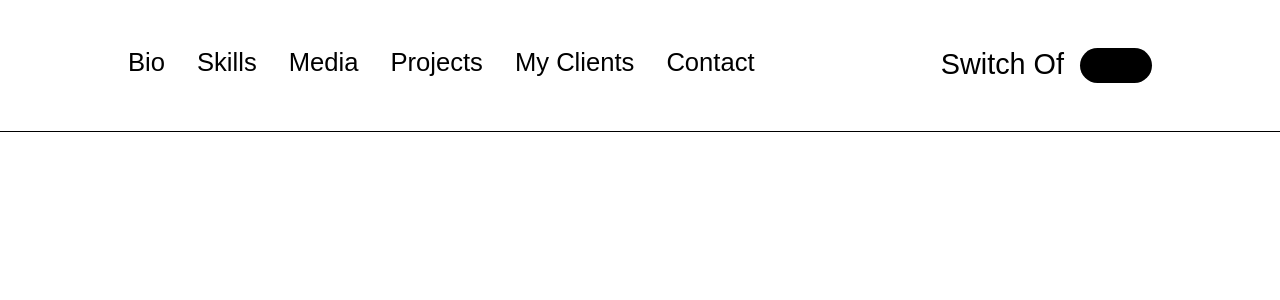
Repository: Eslam0Mohamed/portfolio
Page: index.html
These files come from the project's save history. The page is drawn as it stood at one moment and after a run of saves; the edit follows.
The browser window is 1280 px wide. The pictures show the whole page.

Above is the page before, as saved 2024-07-13 16:35:53.

### index.html
<!DOCTYPE html>
<html lang="en">
<head>
    <meta charset="UTF-8">
    <meta name="viewport" content="width=device-width, initial-scale=1.0">
    <title>Eslam Mohamed</title>

    <link rel="preconnect" href="https://fonts.googleapis.com">
<link rel="preconnect" href="https://fonts.gstatic.com" crossorigin>
<link href="https://fonts.googleapis.com/css2?family=Raleway:ital,wght@0,100..900;1,100..900&display=swap" rel="stylesheet">
<link rel="preconnect" href="https://fonts.googleapis.com">
<link rel="preconnect" href="https://fonts.gstatic.com" crossorigin>
<link href="https://fonts.googleapis.com/css2?family=Poppins:ital,wght@0,100;0,200;0,300;0,400;0,500;0,600;0,700;0,800;0,900;1,100;1,200;1,300;1,400;1,500;1,600;1,700;1,800;1,900&family=Raleway:ital,wght@0,100..900;1,100..900&display=swap" rel="stylesheet">
<link rel="stylesheet" href="css/style.css">
</head>
<body>
    <div class="container">
        <header class="header">
            <nav class="navigation">
                <ul class="navigation__list">
                    <li><a href="" class="navigation__link">Bio</a></li>
                    <li><a href="" class="navigation__link">Skills</a></li>
                    <li><a href="" class="navigation__link">Media</a></li>
                    <li><a href="" class="navigation__link">Projects</a></li>
                    <li><a href="" class="navigation__link">My Clients</a></li>
                    <li><a href="" class="navigation__link">Contact</a></li>

                </ul>
            </nav>
            <div class="toggle">
                <h3 class="toggle__title">Switch Of</h3>
                <input type="checkbox" name="toggl checkbox" id="toggle" class="toggle__checkbox">
                <label for="toggle" class="toggle__label"></label>
            </div>
        </header>
    </div>
</body>
</html>

### css/style.css
:root {
    --container-width: 80vw;
    --boys: 2rem;
    --color-black: #000;
    --color-white: #fff;
    --color-blue: #2374e1;
    --color-light-blue: #1d9bf0;
    --color-dark-blue: #0a66c2;
    --color-darker-blue: #143ce8;
    --color-red: #ff0000;
    --color-green: #03a696;
    --color-grey: #f6f6f6;
    --color-dark-green: #42959b;
    --color-background: var(#ffffff);
    --color-text: var(#000000);
    --color-box-img: var(#000000);
    --color-link-bg: var(#000000);
    --color-input-border: var(#000000);
    --font-family-raleway: “Raleway“, sans-serif;
    --font-family-poppins: “Poppins“, sans-serif;
    --font-weight-regular: 400;
    --font-weight-medium: 500;
    --font-weight-semi-bold: 600;
    --font-weight-bold: 700;
    --font-size-70: 7rem;
    --font-size-65: 6.5rem;
    --font-size-40: 4rem;
    --font-size-38: 3.8rem;
    --font-size-24: 2.4rem;
    --font-size-22: 2.2rem;
    --font-size-18: 1.8rem;
    --font-size-20: 2rem;
    --font-size-15: 1.5rem;
    --transition-timing: 0.3s;
}

* {
    padding: 0;
    margin: 0;
    box-sizing: border-box;
}

a {
    display: inline-block;
    font: inherit;

}

button {
    background-color: transparent;
    cursor: pointer;
    border: none;
}

ul,
ol {
    list-style: none;
}

body {
    font-size: 1.6rem;
    font-family: var(--font-family-raleway);
    background-color: var(--color-background);
    color: var(--color-text);
}

.container {
    margin: 0 auto;
    max-width: var(--container-width);
    /* background-color: #ff0000; */
}

.header {
    padding: 3rem 0;
    position: relative;
    display: flex;
    justify-content: center;
}

.header::before {
    content: "";
    height: 100%;
    width: 100vw;
    position: absolute;
    border-bottom: 0.1rem solid var(--color-black);
    top: 0;
    z-index: -1;
}

.navigation__list {
    display: flex;
    gap: 2rem;
}

.navigation__link:visited,
.navigation__link:link {
    text-decoration: none;
    font-weight: var(--font-weight-medium);
    color: var(--color-text);
}

.navigation__link:hover,
.navigation__link:active {
    text-decoration: underline;
    color: var(--color-text);
}

/* Start toggle */
.toggle {
    display: flex;
    gap: 1rem;
    margin-left: auto;
    /* justify-content: flex-end; */
}

.toggle__title {
    font-weight: var(--font-weight-medium);
    font-size: var(--font-size-18);
}

.toggle__checkbox {
    display: none;
}

.toggle__label {
    display: block;
    position: relative;
    width: 4.5rem;
    height: 2.2rem;
    background-color: var(--color-black);
    border-radius: 1.5rem;
    padding: 0.3rem 0.4rem;
    transition: 0.3s;
    cursor: pointer;
}
.toggle__label::after{
content: "";
position: absolute;
background-color: var(--color-white);
width: 1.6rem;
height: ;
}
/* End toggle  */

After the next 2 saves:
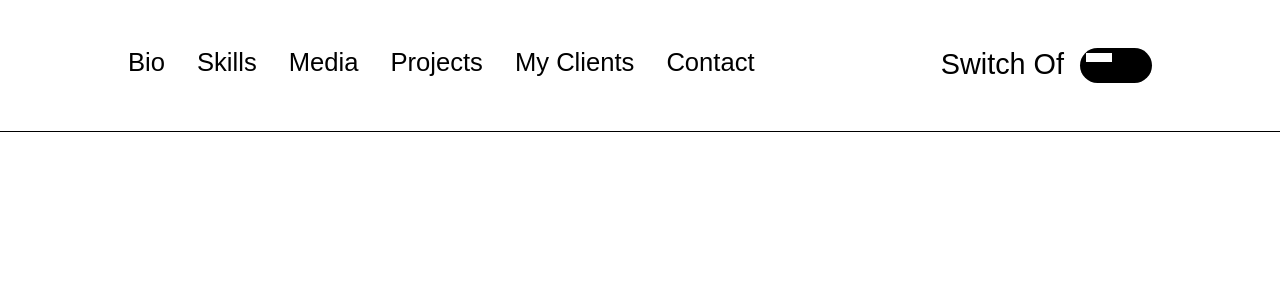
The 2 saves are shown as one change because they came seconds apart.
The last was saved 5 s later.
--- a/css/style.css
+++ b/css/style.css
@@ -138,6 +138,6 @@ content: "";
 position: absolute;
 background-color: var(--color-white);
 width: 1.6rem;
-height: ;
+height: 0.6rem;
 }
 /* End toggle  */
